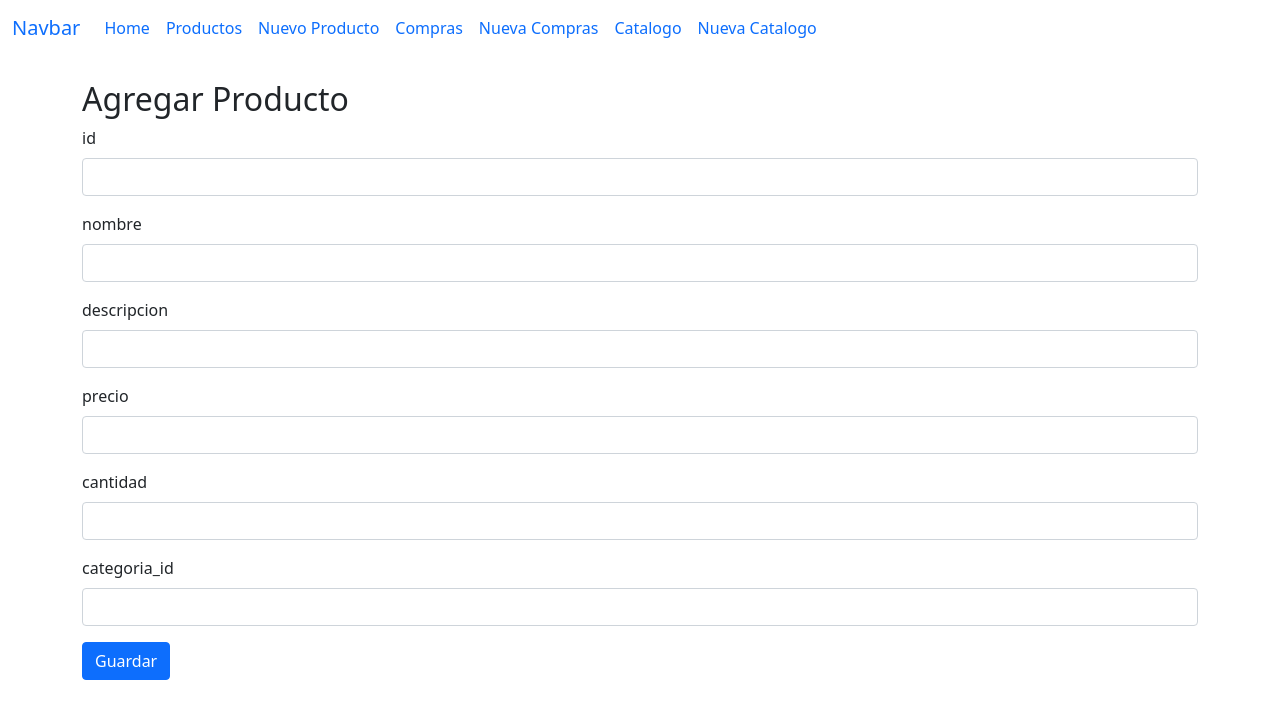
Repository: pedromv753/lp2
Page: http://localhost/nuevoproductos
An editor plug-in stored every save of this project. The page is shown before and after the next save, followed by the edit.
The browser window is 1280 px wide. The pictures show the whole page.
The page is this project's Thymeleaf template; nobody is signed in. The template is opened directly, without the code that normally fills it, so the values that code supplies are empty.

Above is the page before, as saved 2023-10-26 02:21:55.

### examenpedromamanivalle/tienda/src/main/resources/templates/nuevoproductos.html
<!DOCTYPE html>
<html lang="en" xmlns:th="http://www.thymeleaf.org">

<head>
	<meta charset="UTF-8">
	<meta name="viewport" content="width=device-width, initial-scale=1.0">
	<title>carrito compras</title>
	<link rel="stylesheet" href="https://cdn.jsdelivr.net/npm/bootstrap@5.0.2/dist/css/bootstrap.min.css">
</head>

<body>

	<header>
		<nav class="navbar navbar-expand-lg bg-body-tertiary">
			<div class="container-fluid">
				<a class="navbar-brand" href="#">Navbar</a>
				<button class="navbar-toggler" type="button" data-bs-toggle="collapse"
					data-bs-target="#navbarNavAltMarkup" aria-controls="navbarNavAltMarkup" aria-expanded="false"
					aria-label="Toggle navigation">
					<span class="navbar-toggler-icon"></span>
				</button>
				<div class="collapse navbar-collapse" id="navbarNavAltMarkup">
					<div class="navbar-nav">
						<a class="nav-link active" aria-current="page" href="#">Home</a>
						<a class="nav-link" href="/productos/">Productos</a>
						<a class="nav-link" href="/productos/nuevo">Nuevo Producto</a>
						<a class="nav-link" href="/compras/">Compras</a>
						<a class="nav-link" href="/compras/nuevo">Nueva Compras</a>
						<a class="nav-link" href="/catalogo/">Catalogo</a>
						<a class="nav-link" href="/catalogo/nuevo">Nueva Catalogo</a>
					</div>
				</div>
			</div>
		</nav>
	</header>

	<div class="container mt-4">
		<h2>Agregar Producto</h2>
		<form th:action="@{/productos/guardar}" th:object="${productos}" method="post">

			<div class="form-group mb-3">
				<label for="id" class="form-label">id</label>
				<input type="number" class="form-control" id="id" name="id" th:field="*{id}" required>
			</div>

			<div class="form-group mb-3">
				<label for="nombre" class="form-label">nombre</label>
				<input type="text" class="form-control" id="nombre" name="nombre" th:field="*{nombre}" required>
			</div>
			<div class="form-group mb-3">
				<label for="descripcion" class="form-label">descripcion</label>
				<input type="text" class="form-control" id="nombre" name="descripcion" th:field="*{descripcion}" required>
			</div>
			<div class="form-group mb-3">
				<label for="precio" class="form-label">precio</label>
				<input type="number" class="form-control" id="precio" name="precio" th:field="*{precio}" required>
			</div>
			<div class="form-group mb-3">
				<label for="cantidad" class="form-label">cantidad</label>
				<input type="number" class="form-control" id="cantidad" name="cantidad" th:field="*{cantidad}" required>
			</div>

			<div class="form-group mb-3">
				<label for="categoria_id" class="form-label">categoria_id</label>
				<input type="number" class="form-control" id="categoria_id" name="categoria_id" th:field="*{categoria_id}" required>
			</div>


			<button type="submit" class="btn btn-primary">Guardar</button>
		</form>
	</div>
</body>

</html>

After the next save:
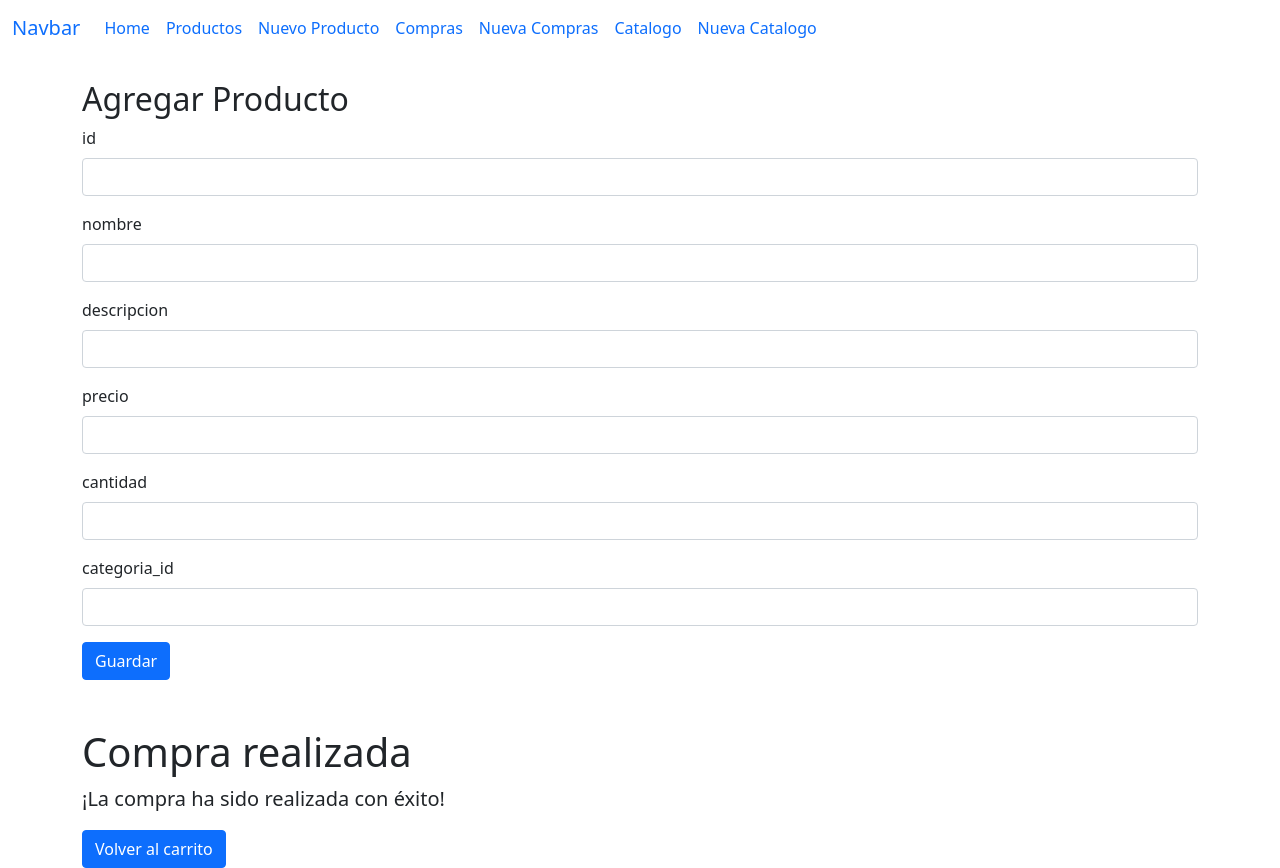
Saved 5 min 25 s later.
--- a/examenpedromamanivalle/tienda/src/main/resources/templates/nuevoproductos.html
+++ b/examenpedromamanivalle/tienda/src/main/resources/templates/nuevoproductos.html
@@ -69,6 +69,13 @@
 			<button type="submit" class="btn btn-primary">Guardar</button>
 		</form>
 	</div>
+
+	<div class="container mt-5">
+        <h1>Compra realizada</h1>
+        <p class="lead">¡La compra ha sido realizada con éxito!</p>
+        <a href="/carrito" class="btn btn-primary">Volver al carrito</a>
+    </div>
+
 </body>
 
 </html>
